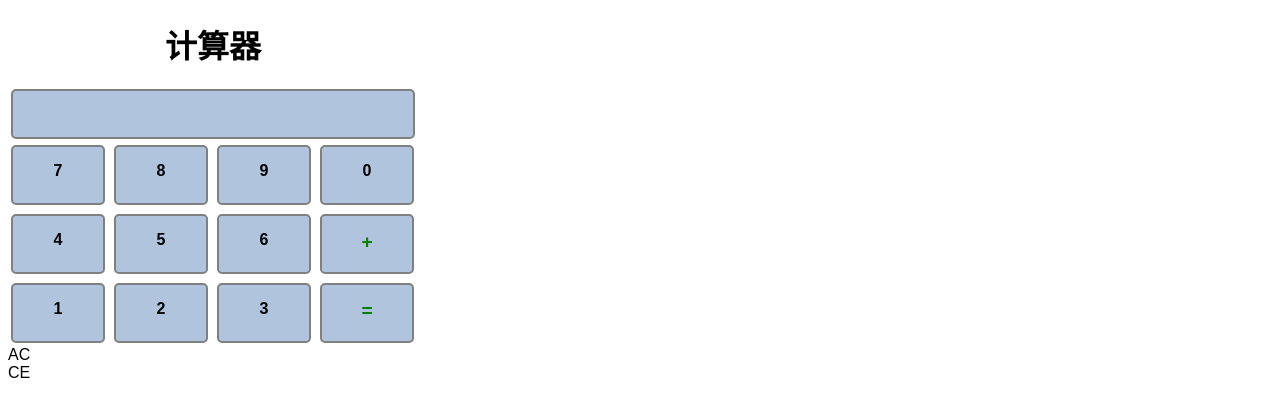
Repository: fzw1202/web-calculator
Page: index.html
The author's editor kept a copy of each file at every save. The page is drawn from the files as they stood at one save, then again after the next save.
The browser window is 1280 px wide. The pictures show the whole page.

Above is the page before, as saved 2023-03-24 14:38:19.

### index.html
<!DOCTYPE html>
<html lang="zh-cn">

<head>
    <meta charset="utf-8" />
    <title>一个简单的计算器</title>
    <link href="css/style.css" rel="stylesheet" type="text/css" />
    <script src="js/calc.js" defer></script>
</head>

<body>
    <h1 style="text-align:center;"> 计算器 </h1>
    <div id="screen">

    </div>

    <div class="keyboard">
        <div id="seven">7</div>
        <div id="eight">8</div>
        <div id="nine">9</div>
        <div id="zero">0</div>
        <div id="four">4</div>
        <div id="five">5</div>
        <div id="six">6</div>
        <div id="plus">+</div>
        <div id="one">1</div>
        <div id="two">2</div>
        <div id="three">3</div>
        <div id="equal">=</div>
    </div>

    <div class="function">
        <div id="AC">AC</div>
        <div id="CE">CE</div>
    </div>

</body>

</html>

### css/style.css
html {
    font-family: sans-serif;
}

body {
    max-width: 410px;
}

.keyboard > div {
    box-sizing: border-box;
    padding: 15px;
    margin: 3px;
    background-color: lightsteelblue;
    border-radius: 5px;
    border: 2px solid gray;
    color: black;
    text-align: center;
    font-weight: bold;
    height: 60px;
}

.keyboard {
    display: grid;
    grid-template-columns: 100px 100px 100px 100px;
    gap: 3px;
}

#screen {
    box-sizing: border-box;
    padding: 15px;
    margin: 3px;
    background-color: lightsteelblue;
    border-style: solid;
    border-radius: 5px;
    height: 50px;
    border: 2px solid gray;
    color: black;
    text-align: right;
    font-weight: bold;
}

#equal {
    font-weight: bolder;
    font-size: larger;
    color: green;
}

#plus {
    font-weight: bolder;
    font-size: larger;
    color: green;
}

### js/calc.js
let fn1 = document.querySelector("#one");
let fn2 = document.querySelector("#two");
let fn3 = document.querySelector("#three");
let fn4 = document.querySelector("#four");
let fn5 = document.querySelector("#five");
let fn6 = document.querySelector("#six");
let fn7 = document.querySelector("#seven");
let fn8 = document.querySelector("#eight");
let fn9 = document.querySelector("#nine");
let fn0 = document.querySelector("#zero");
let fnPlus = document.querySelector("#plus");
let fnEqual = document.querySelector("#equal");

let screen = document.querySelector("#screen");
let result = 0, add = 0;
let isEqual = 0, isPlus = 0;

fn1.onclick = function () {
    screen.textContent += "1";
    isEqual = 0;
    isPlus = 0;
}

fn2.onclick = function () {
    screen.textContent += "2";
    isEqual = 0;
    isPlus = 0;
}

fn3.onclick = function () {
    screen.textContent += "3";
    isEqual = 0;
    isPlus = 0;
}

fn4.onclick = function () {
    screen.textContent += "4";
    isEqual = 0;
    isPlus = 0;
}

fn5.onclick = function () {
    screen.textContent += "5";
    isEqual = 0;
    isPlus = 0;
}

fn6.onclick = function () {
    screen.textContent += "6";
    isEqual = 0;
    isPlus = 0;
}

fn7.onclick = function () {
    screen.textContent += "7";
    isEqual = 0;
    isPlus = 0;
}

fn8.onclick = function () {
    screen.textContent += "8";
    isEqual = 0;
    isPlus = 0;
}

fn9.onclick = function () {
    screen.textContent += "9";
    isEqual = 0;
    isPlus = 0;
}

fn0.onclick = function () {
    screen.textContent += "0";
    isEqual = 0;
    isPlus = 0;
}

fnPlus.onclick = function () {
    if (!isEqual && !isPlus) {
        add = parseInt(screen.textContent);
        // console.log(add);
        result += add;
    }
    screen.textContent = "";
    isEqual = 0;
    isPlus = 1;
}

fnEqual.onclick = function () {
    if (!isEqual)
        add = parseInt(screen.textContent);
    result += add;
    // console.log(result);
    screen.textContent = result;
    isEqual = 1;
    isPlus = 0;
}

After the next save:
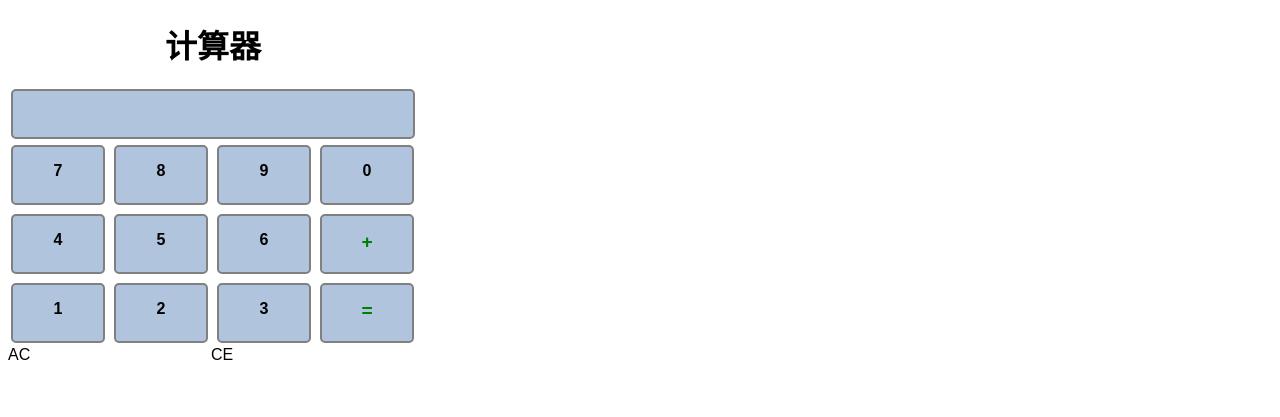
Saved 38 s later.
--- a/css/style.css
+++ b/css/style.css
@@ -50,3 +50,9 @@ body {
     font-size: larger;
     color: green;
 }
+
+.function{
+    display: grid;
+    grid-template-columns: 200px 200px;
+    gap: 3px;
+}
